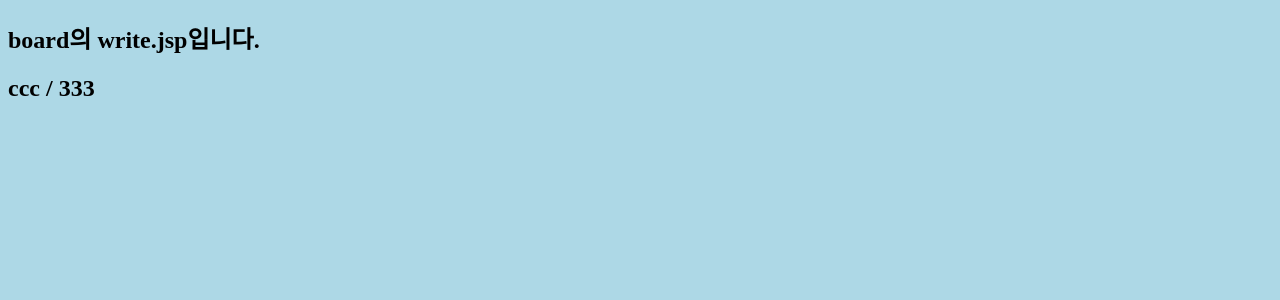
Repository: jim698/Practice
Page: http://localhost/ch09_controller/board/write
The author's editor kept a copy of each file at every save. The page is drawn from the files as they stood at one save, then again after the next save.
The browser window is 1280 px wide. The pictures show the whole page.
The page is served by Tomcat 9. Other server files are loaded and not shown.

Above is the page before, as saved 2020-03-27 08:09:07.

### ch09_controller/src/main/webapp/WEB-INF/views/board/write.jsp
<%@ page language="java" contentType="text/html; charset=UTF-8"
    pageEncoding="UTF-8"%>
<%@ taglib prefix="c" uri="http://java.sun.com/jsp/jstl/core"  %>
<c:set var="conPath" value="${pageContext.request.contextPath }"/>
<!DOCTYPE html>
<html>
<head>
<meta charset="UTF-8">
<title>Insert title here</title>
<link href="${conPath }/css/style.css" rel="stylesheet">
</head>
<body>
	<h2>board의 write.jsp입니다.</h2>
	<h2>${member.id } / ${member.pw }</h2>
</body>
</html>

### ch09_controller/src/main/java/com/tj/ch09/dto/Member.java
package com.tj.ch09.dto;

public class Member {
	private String id;
	private String pw;

	public Member(String id, String pw) {
		this.id = id;
		this.pw = pw;
	}

	public String getId() {
		return id;
	}

	public String getPw() {
		return pw;
	}

}

### ch09_controller/src/main/webapp/css/style.css
@charset "UTF-8";
body{
	background-color: lightblue;
}

After the next save:
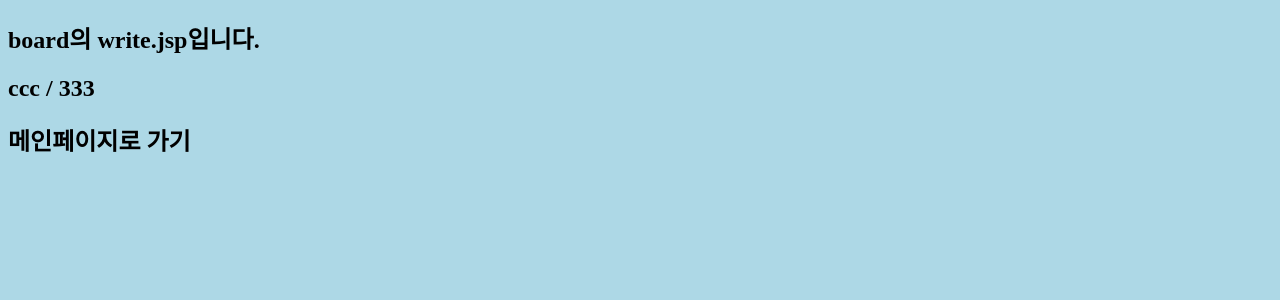
Saved 26 s later.
--- a/ch09_controller/src/main/webapp/WEB-INF/views/board/write.jsp
+++ b/ch09_controller/src/main/webapp/WEB-INF/views/board/write.jsp
@@ -12,5 +12,6 @@
 <body>
 	<h2>board의 write.jsp입니다.</h2>
 	<h2>${member.id } / ${member.pw }</h2>
+	<h2><span onclick="history.back()">메인페이지로 가기</span></h2>
 </body>
 </html>
